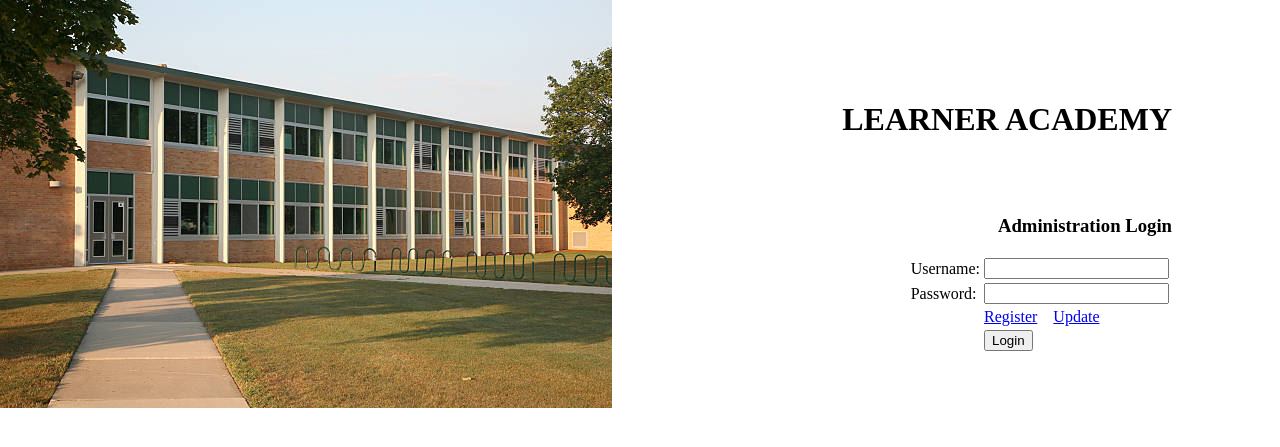
Repository: priyankagit8692/Phase_2_SimpliLearn-
Page: http://localhost/LearnerAcademyProject/AdminLogin.jsp
An editor plug-in stored every save of this project. The page is shown before and after a run of saves, followed by the edit.
The browser window is 1280 px wide. The pictures show the whole page.
The page is served by Tomcat 9.

Above is the page before, as saved 2021-03-20 15:01:22.

After the next 2 saves:
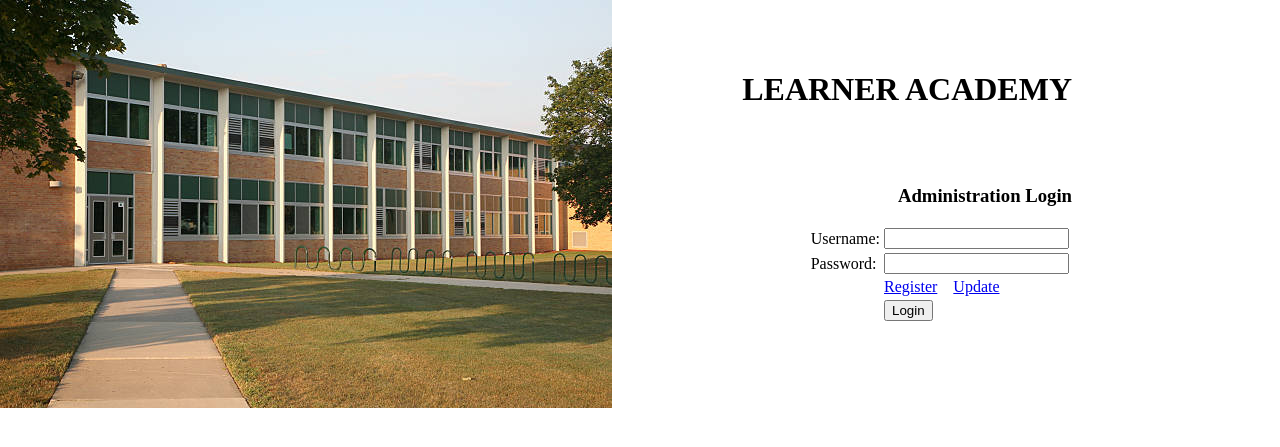
The 2 saves are shown as one change because they came seconds apart.
The last was saved 40 s later.
--- a/FinalProjectPhase2/LearnerAcademyProject/WebContent/AdminLogin.jsp
+++ b/FinalProjectPhase2/LearnerAcademyProject/WebContent/AdminLogin.jsp
@@ -14,7 +14,7 @@ body {
   height: auto;
 }
 div {
-  transform: translate(-100px,80px);
+  transform: translate(-200px,50px);
 }
 </style>
 <body>
